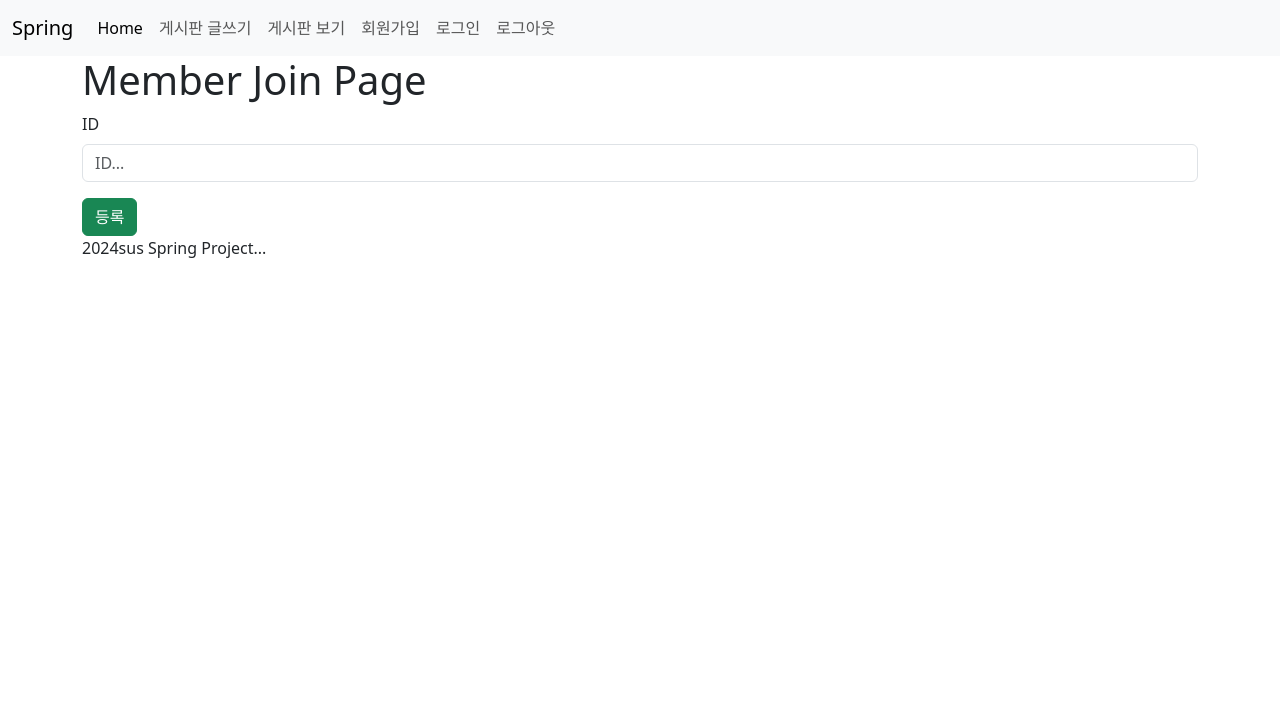
Repository: Ceciliaseon/springTest20240430
Page: http://localhost/spring_study/WEB-INF/views/member/register.jsp
An editor plug-in stored every save of this project. The page is shown before and after the next save, followed by the edit.
The browser window is 1280 px wide. The pictures show the whole page.
The page is served by Tomcat 9. Nobody is signed in. The template is opened directly, without the code that normally fills it, so the values that code supplies are empty.

Above is the page before, as saved 2024-04-25 05:50:12.

After the next save:
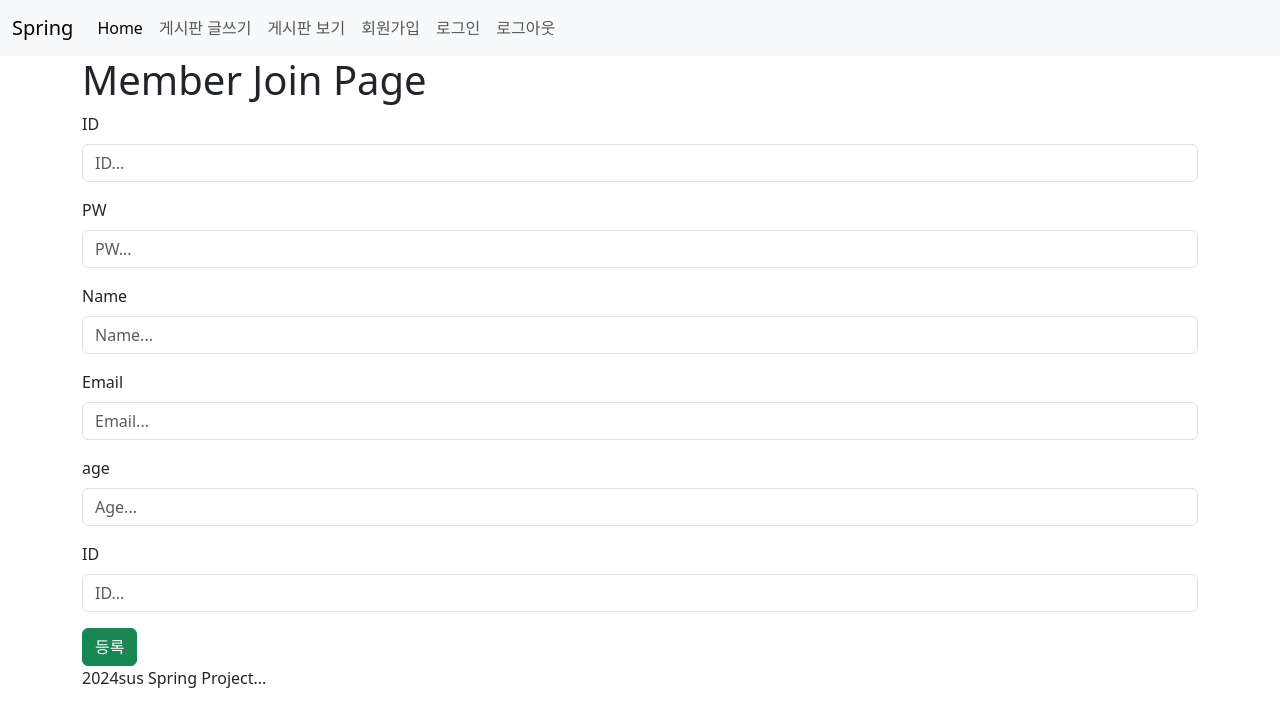
Saved 94 s later.
--- a/spring_study/src/main/webapp/WEB-INF/views/member/register.jsp
+++ b/spring_study/src/main/webapp/WEB-INF/views/member/register.jsp
@@ -10,6 +10,26 @@
 		  <label for="i" class="form-label">ID</label>
 		  <input type="text" class="form-control" name="id" id="i" placeholder="ID...">
 		</div>
+		<div class="mb-3">
+		  <label for="p" class="form-label">PW</label>
+		  <input type="text" class="form-control" name="pw" id="p" placeholder="PW...">
+		</div>
+		<div class="mb-3">
+		  <label for="n" class="form-label">Name</label>
+		  <input type="text" class="form-control" name="name" id="n" placeholder="Name...">
+		</div>
+		<div class="mb-3">
+		  <label for="e" class="form-label">Email</label>
+		  <input type="text" class="form-control" name="email" id="e" placeholder="Email...">
+		</div>
+		<div class="mb-3">
+		  <label for="a" class="form-label">age</label>
+		  <input type="text" class="form-control" name="age" id="a" placeholder="Age...">
+		</div>
+		<div class="mb-3">
+		  <label for="i" class="form-label">ID</label>
+		  <input type="text" class="form-control" name="id" id="i" placeholder="ID...">
+		</div>
 		<button type="submit" class="btn btn-success">등록</button>
 	</form>
 </div>
